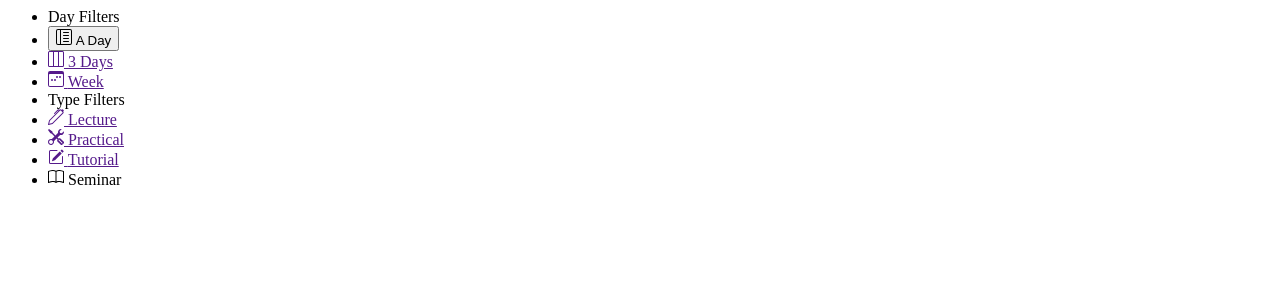
Repository: jackkweyunga/jek-mobile-timetable-v1
Page: src/components/html/sidenav.html
The author's editor kept a copy of each file at every save. The page is drawn from the files as they stood at one save, then again after a run of saves.
The browser window is 1280 px wide. The pictures show the whole page.

Above is the page before, as saved 2021-10-26 17:18:20.

After the next 4 saves:
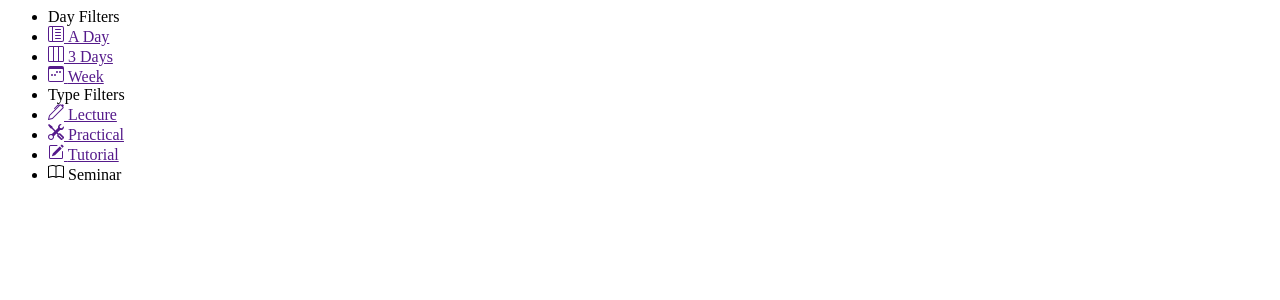
The 4 saves are shown as one change because they came seconds apart.
The last was saved 32 s later.
--- a/src/components/html/sidenav.html
+++ b/src/components/html/sidenav.html
@@ -1,11 +1,11 @@
 <!-- ======= Sidebar ======= -->
 
-<ul class="sidebar-nav" id="sidebar-nav">
+<ul class="sidebar-nav list" id="sidebar-nav">
 
   <li class="nav-heading">Day Filters</li>
 
-  <li class="list-group-item" id="icon_day">
-    <button class="nav-link collapsed" id="icon_day">
+  <li class="nav-item" id="icon_day">
+    <a class="nav-link collapsed" href="">
       <i>
         <svg xmlns="http://www.w3.org/2000/svg" width="16" height="16" fill="currentColor"
           class="bi bi-layout-text-sidebar-reverse" viewBox="0 0 16 16">
@@ -16,7 +16,7 @@
         </svg>
       </i>
       <span>A Day</span>
-    </button>
+    </a>
   </li><!-- End Profile Page Nav -->
 
 
